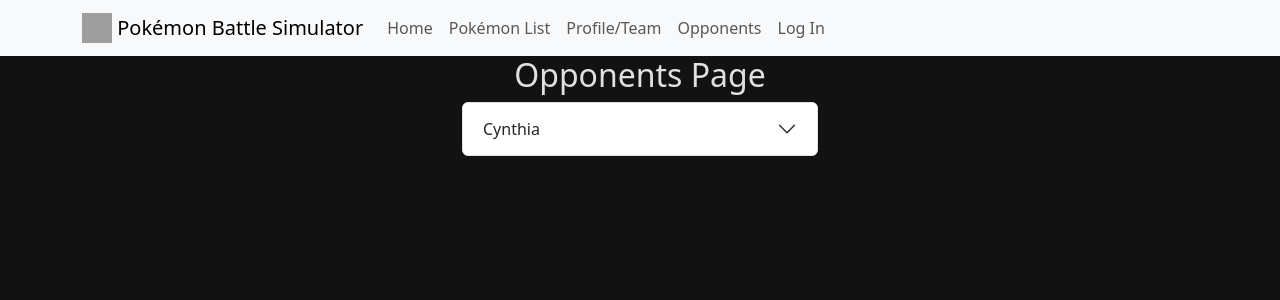
Repository: chsbca/Pokemon-Battle-Simulator
Page: /opponents (app in front-end/)
The author's editor kept a copy of each file at every save. The page is drawn from the files as they stood at one save, then again after the next save.
The browser window is 1280 px wide. The pictures show the whole page.
Pictures or frames that could not be fetched are drawn as grey boxes. The project was rebuilt for these pictures with package versions that can differ from the ones it lists, and the page was loaded fresh each time. Also part of the build but not shown: front-end/vite.config.js, front-end/src/components/ProtectedRoute.jsx, front-end/src/pages/Error404Page.jsx, front-end/src/pages/HomePage.jsx, front-end/src/fetching/PokemonFetch.jsx, front-end/src/pages/PokemonListPage.jsx, front-end/src/pages/ProfilePage.jsx, front-end/src/pages/LoginPage.jsx and 2 more.

Above is the page before, as saved 2024-04-17 14:39:48.

After the next save:
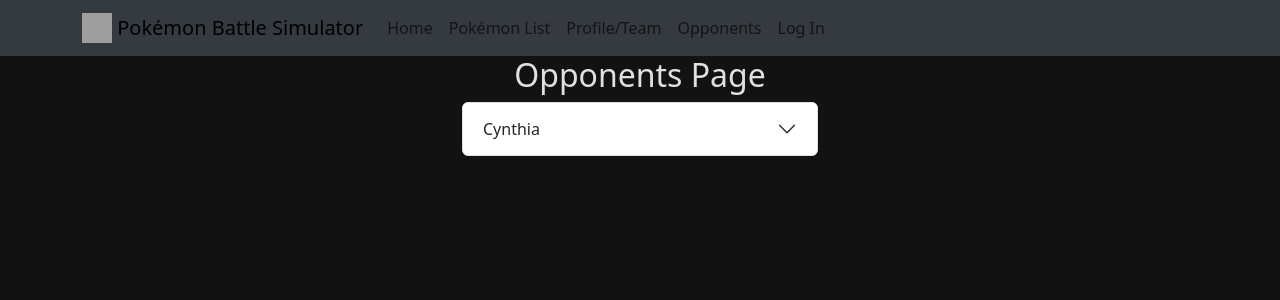
Saved 3 min 39 s later.
--- a/front-end/src/components/Navbar.jsx
+++ b/front-end/src/components/Navbar.jsx
@@ -30,7 +30,7 @@
 
   return (
     <>
-      <Navbar expand="lg" className='bg-body-tertiary'>
+      <Navbar expand="lg" >
         <Container>
           <Navbar.Brand as={Link} to="/">
             <img
